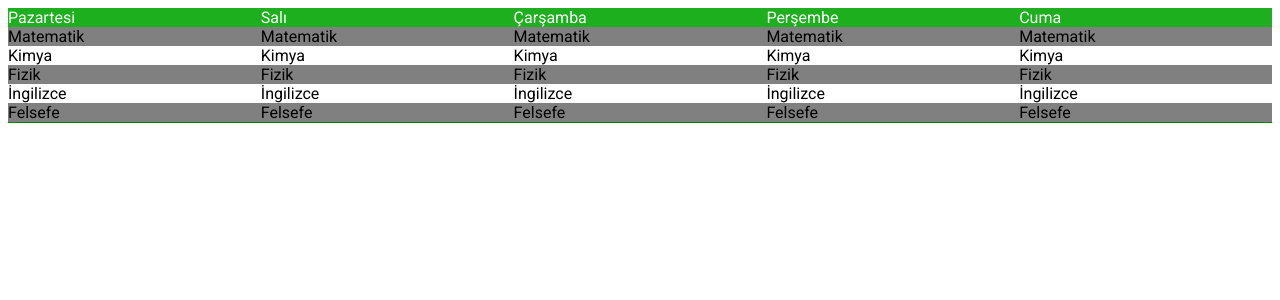
Repository: ahmetbugraozcan/css-ders-programi
Page: deneme.html
An editor plug-in stored every save of this project. The page is shown before and after the next save, followed by the edit.
The browser window is 1280 px wide. The pictures show the whole page.

Above is the page before, as saved 2021-07-10 09:35:56.

After the next save:
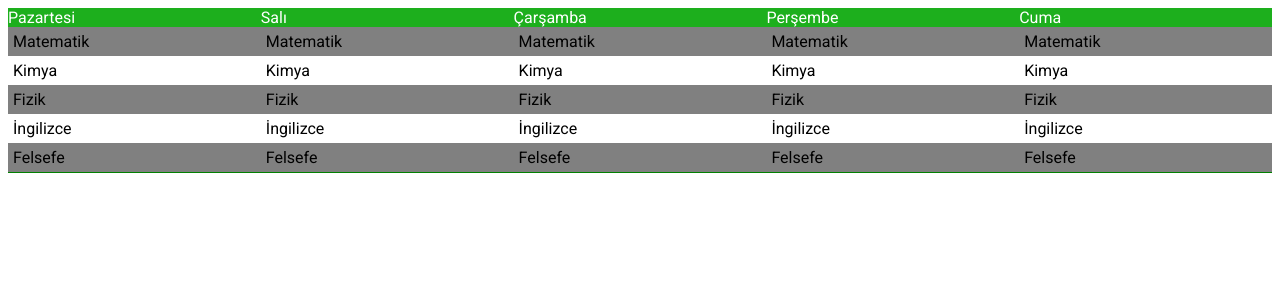
Saved 4 s later.
--- a/deneme.html
+++ b/deneme.html
@@ -38,7 +38,7 @@ body {
         flex: 1;
         /* distributes space on the line equally among items */
     }
-    .col > div >{
+    .col > div {
         padding: 5px;
     }
 </style>

After the 2 saves that followed:
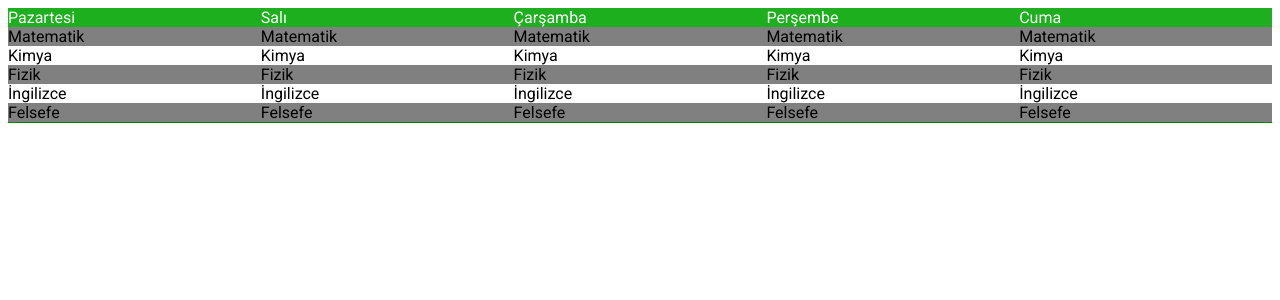
The 2 saves are shown as one change because they came seconds apart.
The last was saved 23 s later.
--- a/deneme.html
+++ b/deneme.html
@@ -38,7 +38,7 @@ body {
         flex: 1;
         /* distributes space on the line equally among items */
     }
-    .col > div {
+    .col > div ,{
         padding: 5px;
     }
 </style>
